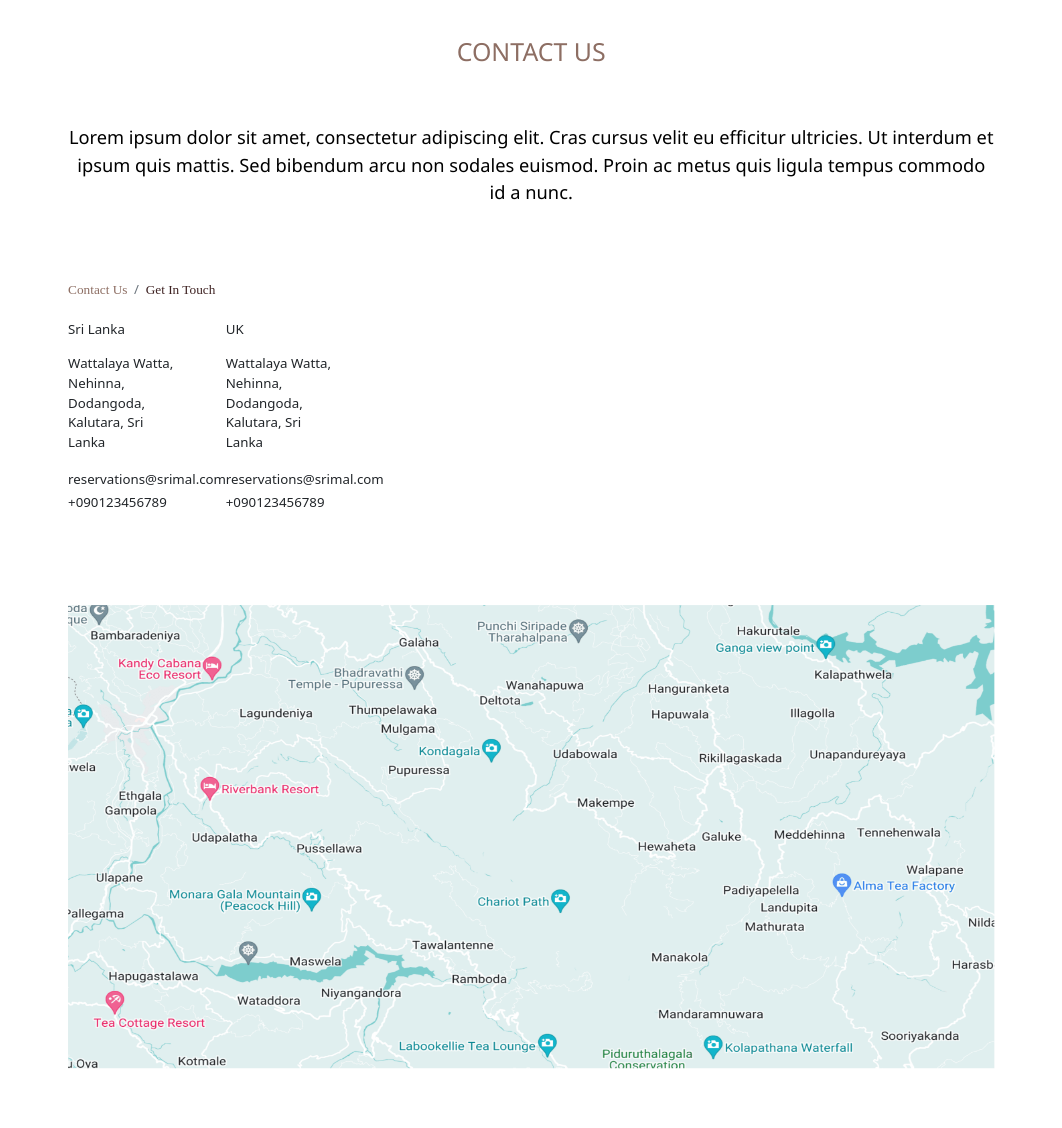
Repository: kaushalyaweerakoon/Plantation-Villa
Page: contact-us.html
An editor plug-in stored every save of this project. The page is shown before and after the next save, followed by the edit.
The browser window is 1280 px wide. The pictures show the whole page, at 83% of full size.
Some web fonts or font styles are not loaded; a fallback is used.

Above is the page before, as saved 2022-08-15 12:05:17.
Not found: assets/js/main.js

After the next save:
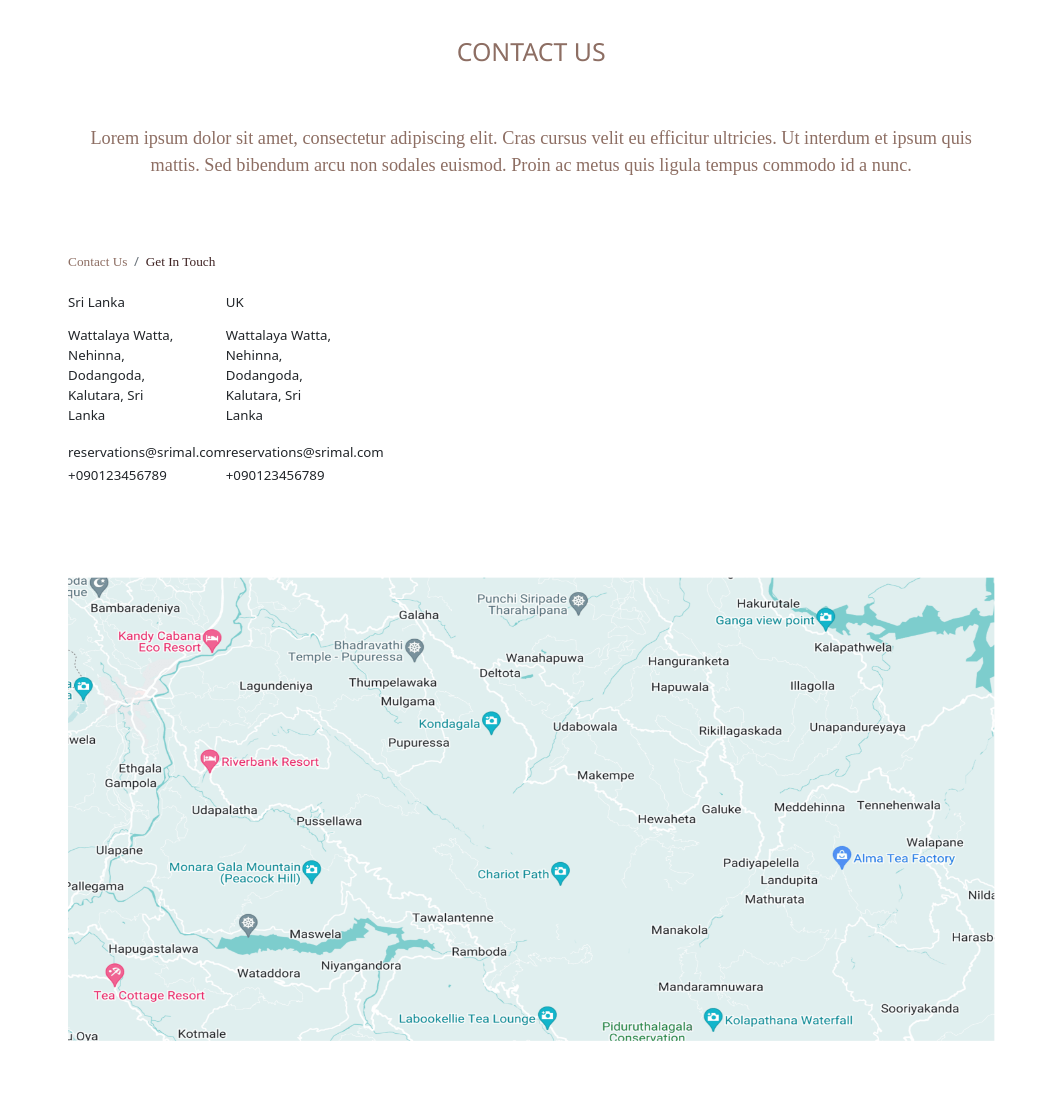
Saved 9 s later.
--- a/asserts/css/main.css
+++ b/asserts/css/main.css
@@ -123,7 +123,7 @@
 }
 
 /* contact us */
-.breadcrumb-text {
+.text {
   font-family: var(--Lora-font);
   text-decoration: none;
   color: var(--font-color-8d6e63);

After the save that followed:
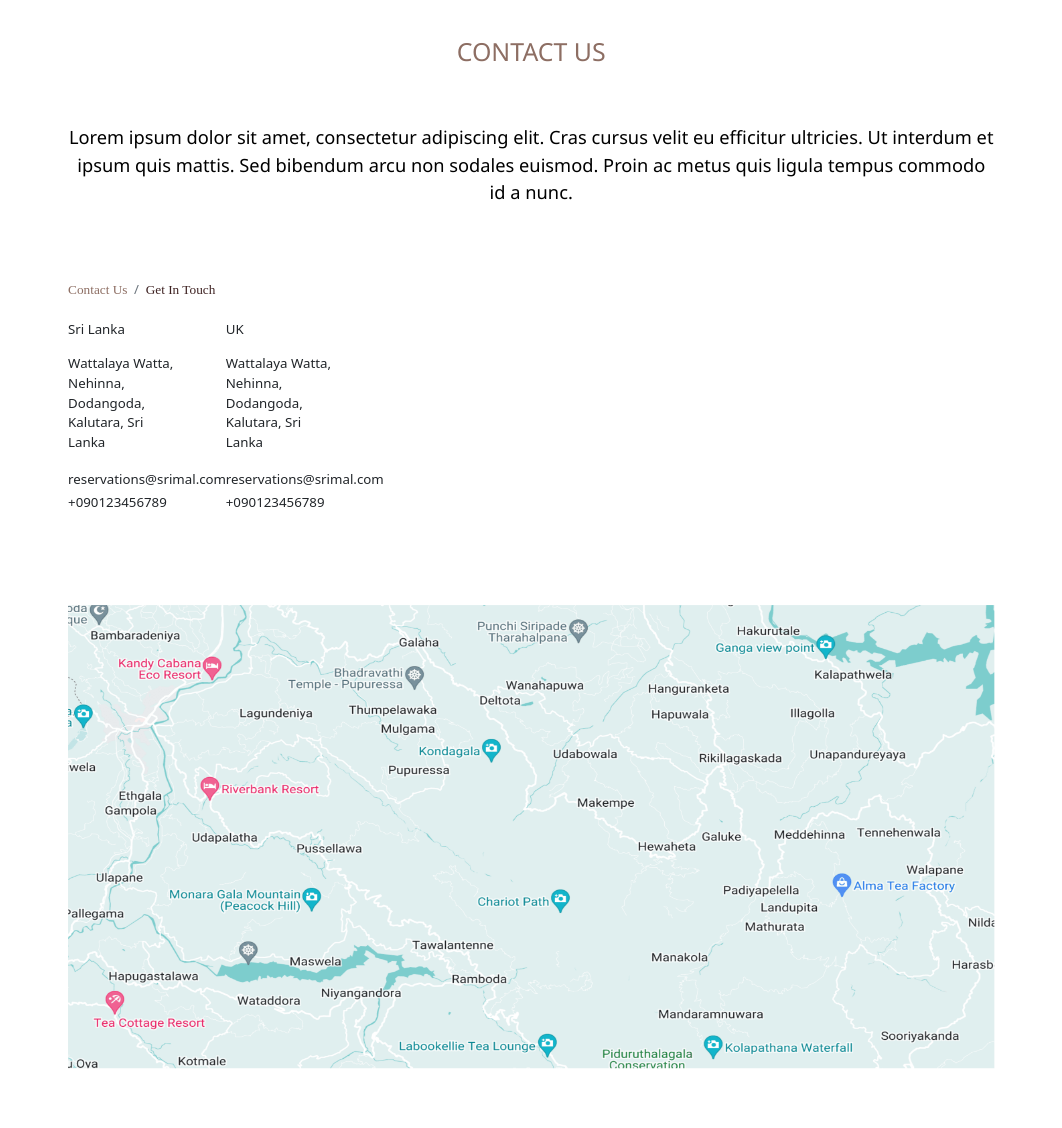
Saved 13 s later.
--- a/asserts/css/main.css
+++ b/asserts/css/main.css
@@ -123,7 +123,7 @@
 }
 
 /* contact us */
-.text {
+.country text {
   font-family: var(--Lora-font);
   text-decoration: none;
   color: var(--font-color-8d6e63);
